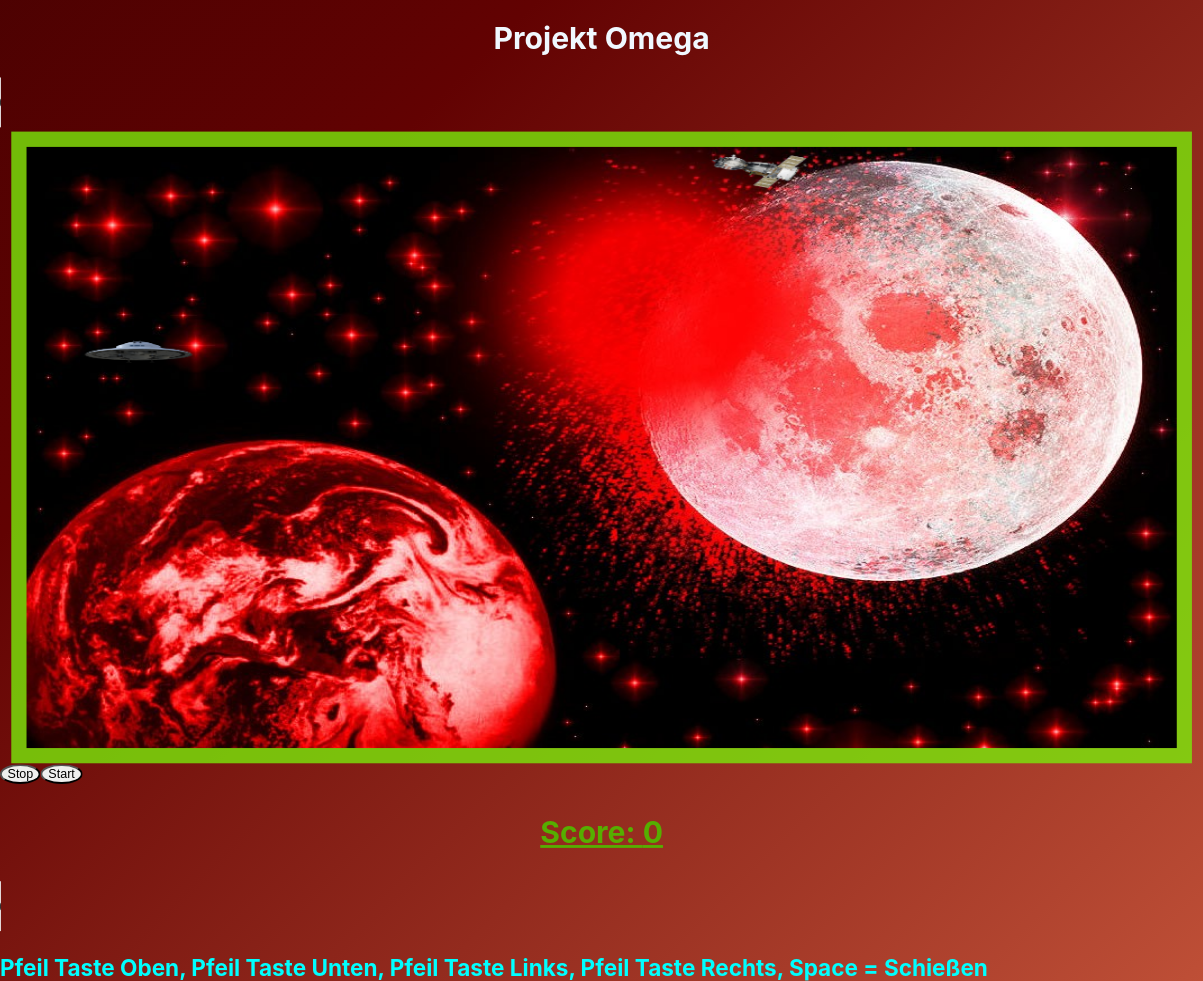
Repository: Der-Metatron/Projekt-Omega-Sprotte
Page: /, after clicking the first element matching `button.startbutton`
An editor plug-in stored every save of this project. The page is shown before and after the next save, followed by the edit.
The browser window is 1280 px wide. The pictures show the whole page, at 94% of full size.
The project was rebuilt for these pictures with package versions that can differ from the ones it lists, and the page was loaded fresh each time.

Above is the page before, as saved 2022-06-23 20:35:00.

After the next save:
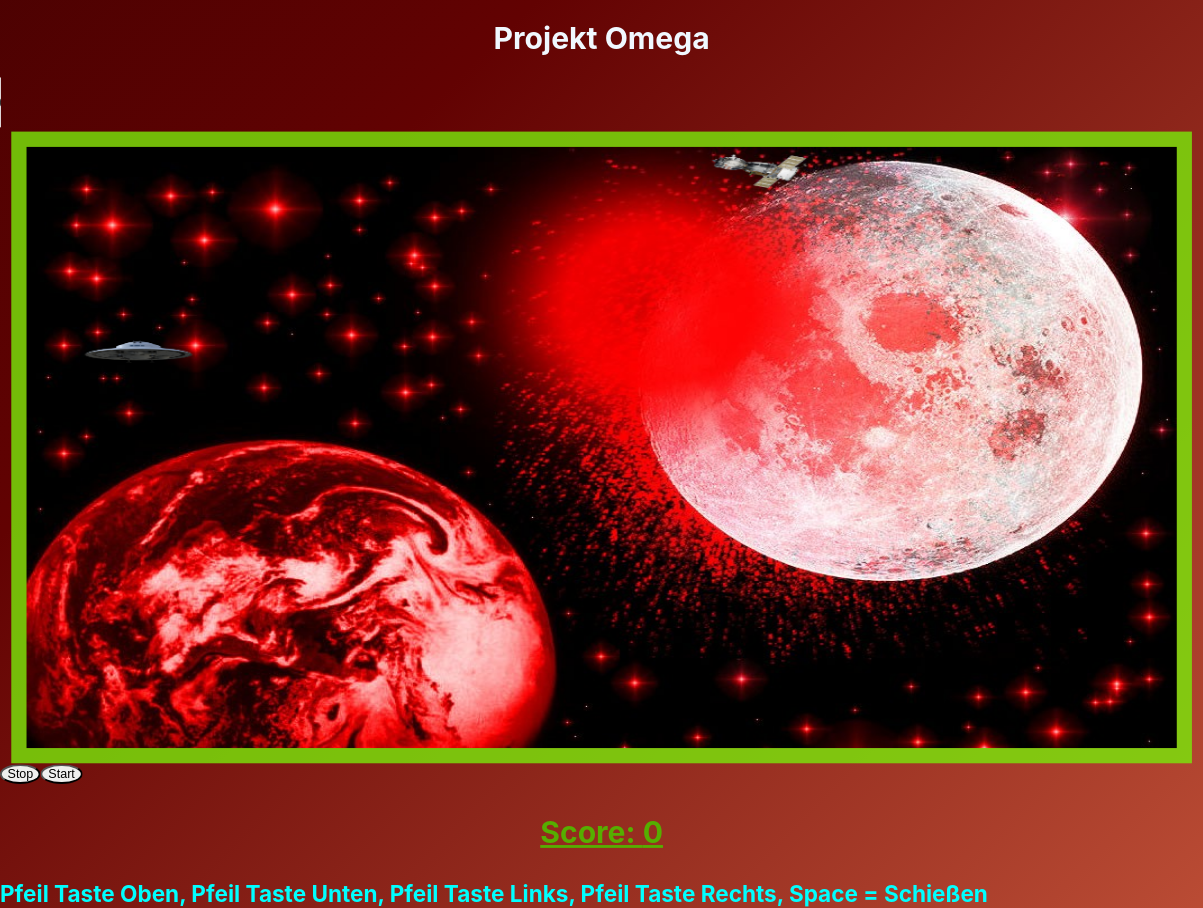
Saved 74 s later.
--- a/src/components/GameCanvas.jsx
+++ b/src/components/GameCanvas.jsx
@@ -60,14 +60,6 @@
       {/* Muss noch eine Routine Geschrieben werden. */}
       {/* <p>{message}</p>  */}{" "}
       {/* -------------------------------AUDIO----------------------------------------------- */}
-      <ReactAudioPlayer
-        className="player"
-        src="/audio/Musik/titel 1.mp3"
-        autoPlay
-        controls
-        loop
-        volume={0.5}
-      />
     </>
   );
 };
